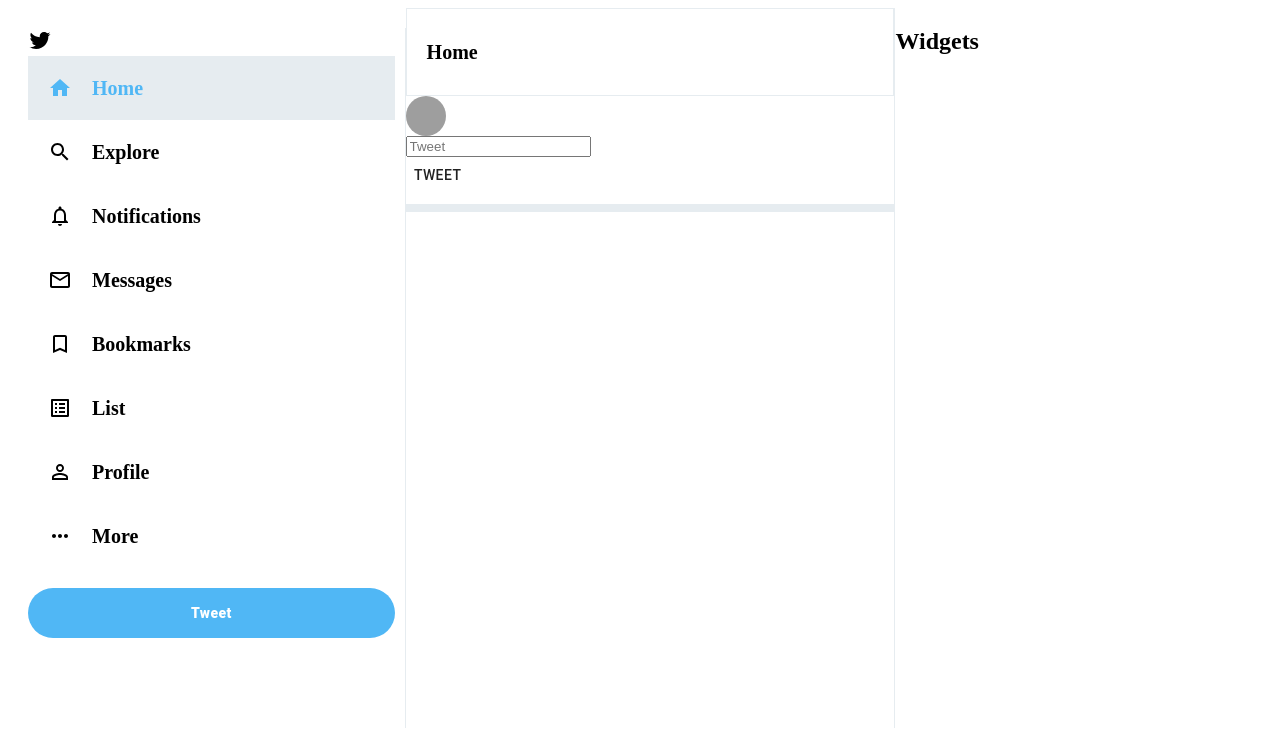
Repository: shehriyarnadeem/twitter-clone
Page: /
An editor plug-in stored every save of this project. The page is shown before and after the next save, followed by the edit.
The browser window is 1280 px wide. The pictures show the whole page.
Pictures or frames that could not be fetched are drawn as grey boxes. The project was rebuilt for these pictures with package versions that can differ from the ones it lists, and the page was loaded fresh each time. Also part of the build but not shown: src/index.css.

Above is the page before, as saved 2020-08-08 23:06:23.

### src/App.js
import React from "react";
import Sidebar from "./Sidebar";
import Feed from "./Feed";
import Widgets from "./Widgets";
import "./App.css";

function App() {
  return (
    <div className="App">
      <Sidebar />
      <Feed />
      <Widgets />
      {/* Feed */}
      {/* Widget */}
    </div>
  );
}

export default App;

### src/Sidebar.js
import React from "react";
import SidebarOption from "./SidebarOption";
import TwitterIcon from "@material-ui/icons/Twitter";
import HomeIcon from "@material-ui/icons/Home";
import SearchIcon from "@material-ui/icons/Search";
import NotificationsNoneIcon from "@material-ui/icons/NotificationsNone";
import MailOutlineIcon from "@material-ui/icons/MailOutline";
import BookmarkBorderIcon from "@material-ui/icons/BookmarkBorder";
import ListAltIcon from "@material-ui/icons/ListAlt";
import PermIdentityIcon from "@material-ui/icons/PermIdentity";
import MoreHorizIcon from "@material-ui/icons/MoreHoriz";
import { Button } from "@material-ui/core";
import "./Sidebar.css";

const Sidebar = () => {
  return (
    <div className="sidebar">
      <TwitterIcon />
      <SidebarOption active Icon={HomeIcon} text="Home" />
      <SidebarOption Icon={SearchIcon} text="Explore" />
      <SidebarOption Icon={NotificationsNoneIcon} text="Notifications" />
      <SidebarOption Icon={MailOutlineIcon} text="Messages" />
      <SidebarOption Icon={BookmarkBorderIcon} text="Bookmarks" />
      <SidebarOption Icon={ListAltIcon} text="List" />
      <SidebarOption Icon={PermIdentityIcon} text="Profile" />
      <SidebarOption Icon={MoreHorizIcon} text="More" />
      <Button variant="outlined" className="sidebar__tweet" fullWidth>
        Tweet
      </Button>
    </div>
  );
};

export default Sidebar;

### src/Feed.js
import React from "react";
import TweetBox from "./TweetBox";
import "./Feed.css";
const Feed = () => {
  return (
    <div className="feed">
      <div className="feed__header">
        <h2>Home</h2>
      </div>
      <TweetBox />
      {/* Header */}
      {/* Tweetbox */}
      {/* Post */}
    </div>
  );
};

export default Feed;

### src/Widgets.js
import React from "react";
import "./Widgets.css";
export default function Widgets() {
  return (
    <div className="widgets">
      <h2>Widgets</h2>
    </div>
  );
}

### src/App.css
body {
  --twitter-color: #50b7f5;
  --twitter-background: #e6ecf0;
}

.App {
  display: flex;
  height: 100vh;
  margin-left: auto;
  margin-right: auto;
  padding: 0 10px;

  max-width: 1300px;
}

### src/SidebarOption.js
import React from "react";
import "./SidebarOption.css";
const SidebarOption = ({ active, text, Icon }) => {
  return (
    <div className={`sidebarOption ${active && "sidebarOption--active"}`}>
      <Icon />
      <h2>{text}</h2>
    </div>
  );
};

export default SidebarOption;

### src/Sidebar.css
.sidebar {
  border-right: 1px solid var(--twitter-background);
  flex: 0.3;
  margin-top: 20px;
  padding-left: 10px;
  padding-right: 10px;
}

.sidebar__tweet {
  background-color: var(--twitter-color) !important;
  border: none !important;
  color: white !important;
  font-weight: 900 !important;
  text-transform: inherit !important;
  border-radius: 30px !important;
  height: 50px;
  margin-top: 20px !important;
}

### src/TweetBox.js
import React from "react";
import { Avatar, Button } from "@material-ui/core";
import "./TweetBox.css";

function TweetBox() {
  return (
    <div className="tweetBox">
      <form>
        <div className="tweetBox__input">
          <Avatar src="https://api.adorable.io/avatars/51/abott@adorable.png" />
          <input type="text" placeholder="Tweet" />
        </div>
        <Button>Tweet</Button>
      </form>
    </div>
  );
}

export default TweetBox;

### src/Feed.css
.feed {
  flex: 0.4;
  border-right: 1px solid var(--twitter-background);
  min-width: fit-content;
  overflow-y: scroll;
}

.feed::-webkit-scrollbar {
  display: none;
}

.feed__header {
  position: sticky;
  top: 0;
  background-color: white;
  z-index: 100;
  border: 1px solid var(--twitter-background);
  padding: 15px 20px;
}

.feed__header > h2 {
  font-size: 20px;
  font-weight: 000;
}

### src/Widgets.css
.widgets {
  flex: 0.3;
}

### src/SidebarOption.css
.sidebarOption {
  display: flex;
  align-items: center;
  cursor: pointer;
}

.sidebarOption:hover {
  background-color: var(--twitter-background);
  border-radius: 30px;
  color: var(--twitter-color);
  transition: color 300ms ease-out;
}

.sidebarOption > .MuiSvgIcon-root {
  padding: 20px;
}
.sidebarOption > h2 {
  font-weight: 800;
  font-size: 20px;
  margin-right: 20px;
}
.sidebarOption--active {
  color: var(--twitter-color);
  background-color: var(--twitter-background);
}

### src/TweetBox.css
.tweetBox {
  padding-bottom: 10px;
  border-bottom: 8px solid var(--twitter-background);
  padding-right: 10px;
}

.tweetBox__input {
}

Loaded but not shown: public/index.html (common file); src/index.js (common file)

After the next save:
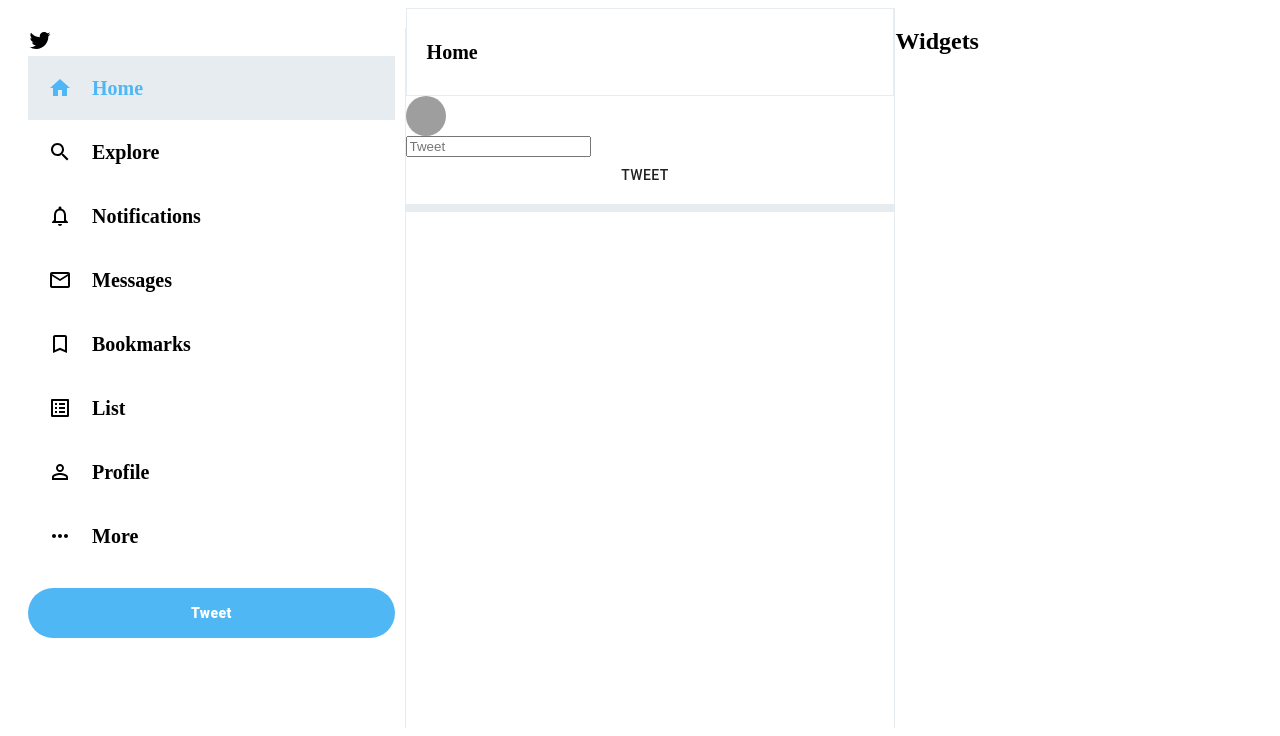
Saved 52 s later.
--- a/src/TweetBox.css
+++ b/src/TweetBox.css
@@ -4,5 +4,7 @@
   padding-right: 10px;
 }
 
-.tweetBox__input {
+.tweetBox > form {
+  display: flex;
+  flex-direction: column;
 }
